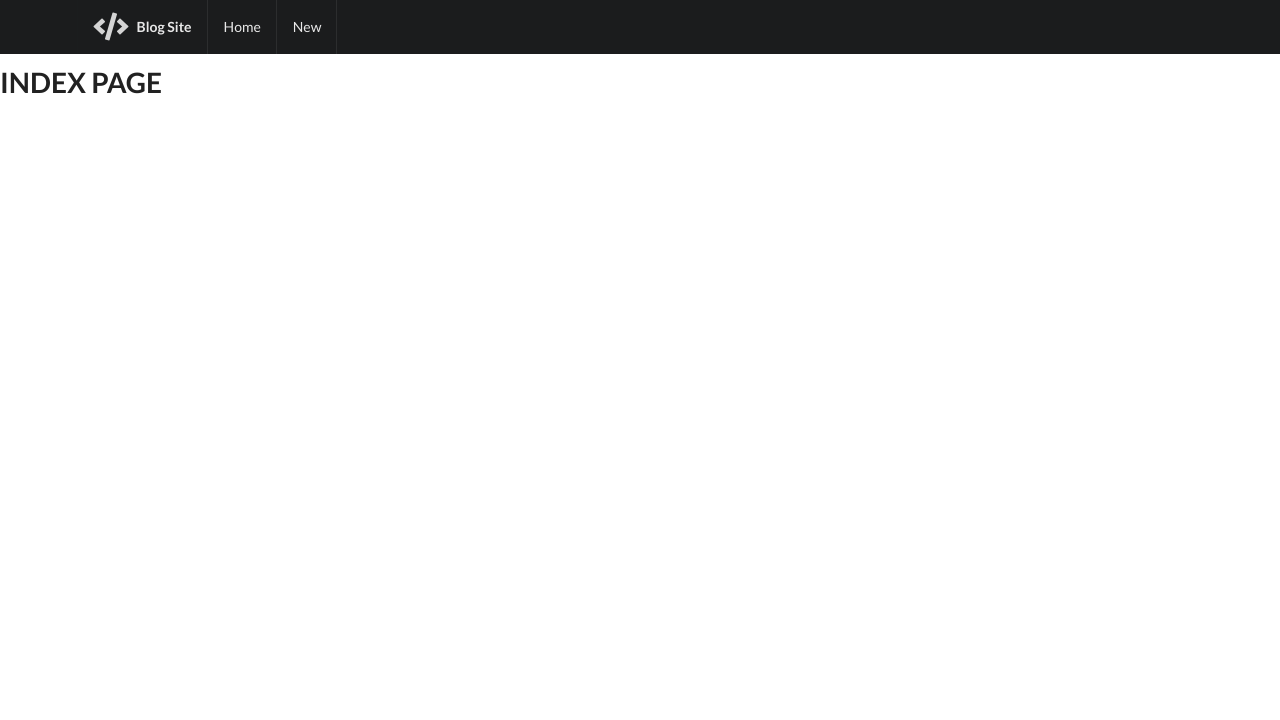
Repository: krit-gpt/WebApplication_Projects
Page: http://localhost/blogs
The author's editor kept a record of every edit. The page is drawn from the files as they stood at one moment, then again after the next edit.
The browser window is 1280 px wide. The pictures show the whole page.
Some web libraries are served in a nearby version. The page is served by the project's Node server (app.js). Queries for data that is not in the repository find no rows.

Above is the page before.

After the next edit:
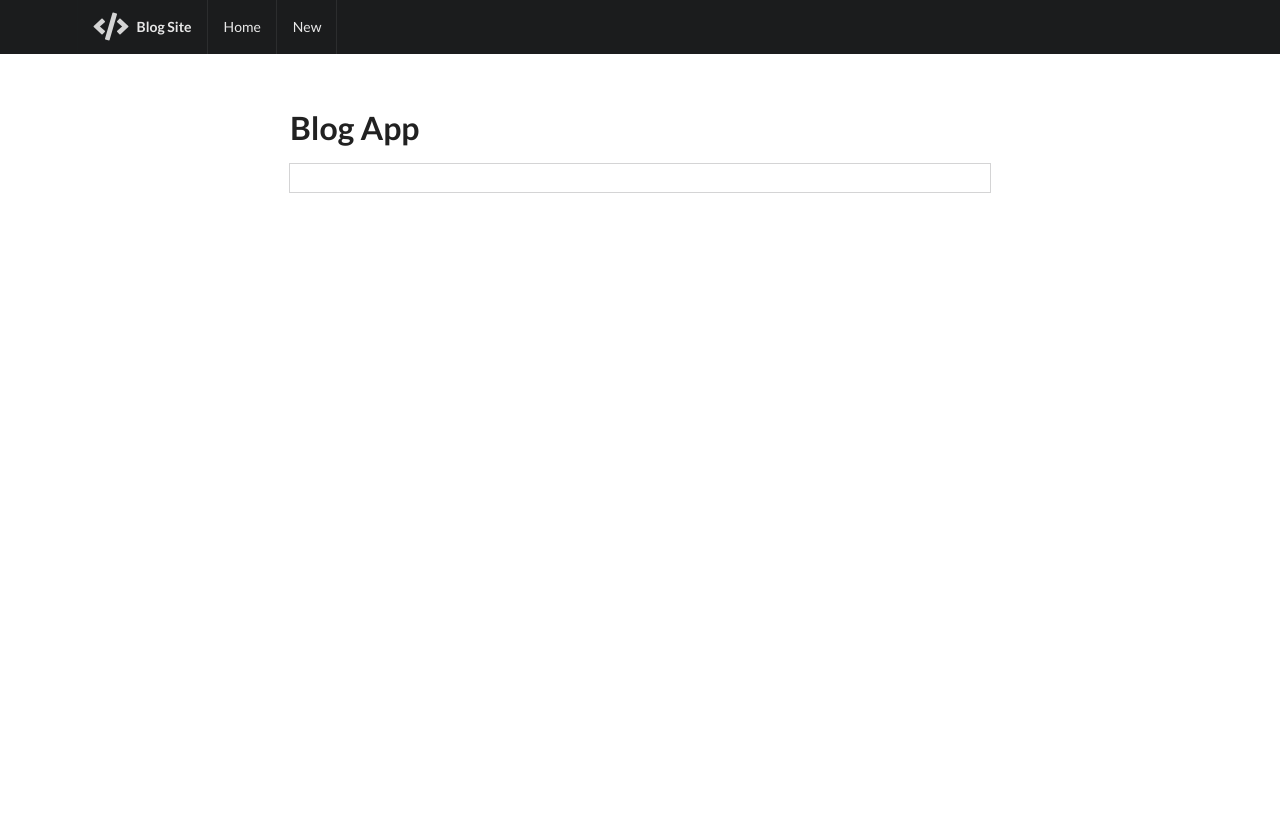
The edit:
--- a/Blog_Site/workspace/views/index.ejs
+++ b/Blog_Site/workspace/views/index.ejs
@@ -1,14 +1,33 @@
 <% include ./partials/header %>
-<br>
-<br>
-<h1>INDEX PAGE</h1>
-<% blogs.forEach(function(blog){ %>
-    <div>
-        <h2><%= blog.title %></h2>
-        <img src= "<%= blog.image %>">
-        <span><%= blog.created %></span>
-        <p><%= blog.body %></p>
+
+<div class="ui main text container">
+    <div class="ui huge header">Blog App</div>
+    <div class="ui top  attached segment">
+        <div class="ui divided items">
+            <% blogs.forEach(function(blog){ %>
+                <div class="item">
+                    <div class="image">
+                        <img src="<%= blog.image %>" >
+                    </div>
+                    <div class="content">
+                         <a class="header" href="/blogs/<%= blog._id %>"><%=blog.title%></a>
+                         <div class="meta">
+                             <span><%= blog.created.toDateString() %></span>
+                         </div>
+                         <div class="description">
+                             <p><%- blog.body.substring(0, 100) %>...</p>
+                         </div>
+                         <div class="extra">
+                             <a class="ui floated basic violet button" href="/blogs/<%= blog._id %>">
+                                 Read More
+                                 <i class="right chevron icon"></i>
+                             </a>
+                         </div>
+                    </div>
+                </div>
+            <% }) %>
+        </div>
     </div>
-<% }); %>
+</div>
 
 <% include ./partials/footer %>
